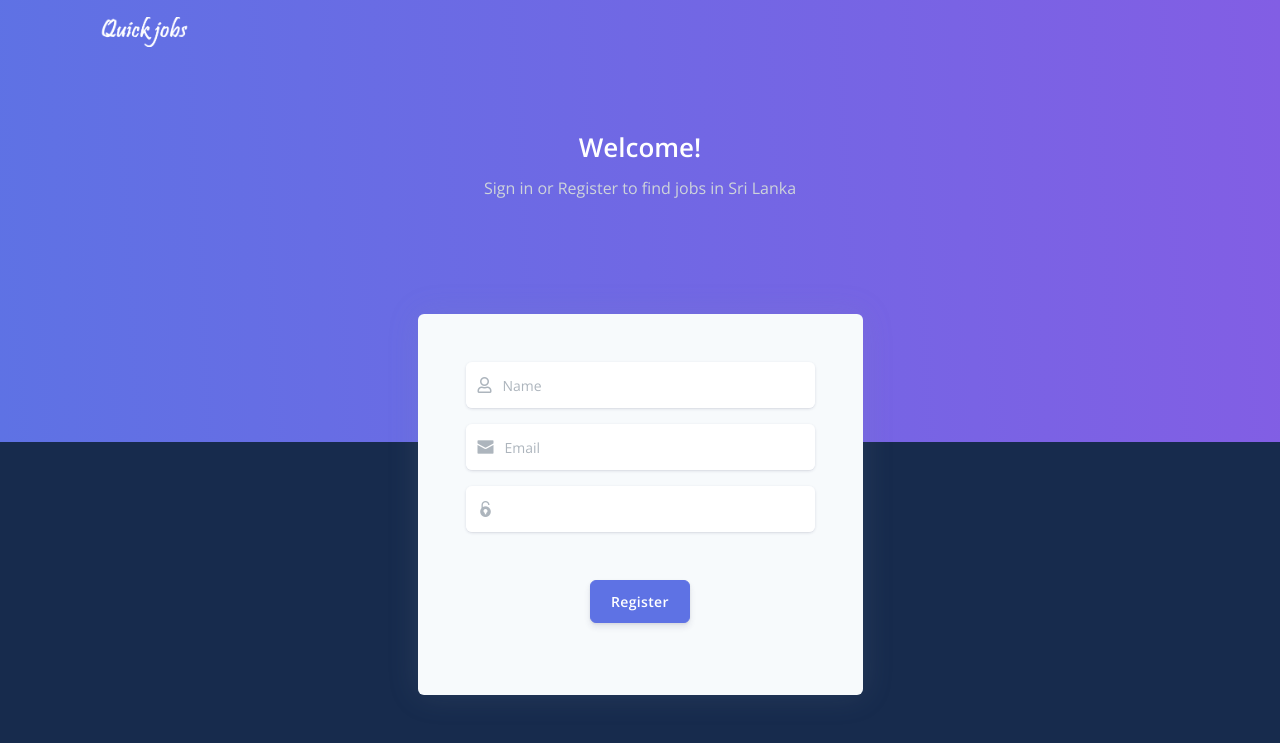
Repository: ROCKY-SAM/laravelAdmin
Page: http://localhost/register
These files come from the project's save history. The page is drawn as it stood at one moment and after the next save; the edit follows.
The browser window is 1280 px wide. The pictures show the whole page.
The page is served by the project's Laravel application, run on PHP 8.4 with Laravel 8. Other server files are loaded and not shown.

Above is the page before, as saved 2018-11-18 23:23:01.

### resources/views/auth/register.blade.php
<!DOCTYPE html>
<html lang="{{ str_replace('_', '-', app()->getLocale()) }}">
<head>
  <meta charset="utf-8">
  <!-- CSRF Token -->
  <meta name="csrf-token" content="{{ csrf_token() }}">
  <meta name="viewport" content="width=device-width, initial-scale=1, shrink-to-fit=no">
  <meta name="description" content="Start your development with a Dashboard for Bootstrap 4.">
  <meta name="author" content="Creative Tim">
  <title>{{ config('app.name', 'Quick Jobs') }}</title>
  <!-- Favicon -->
  <link href="{{URL::asset('img/brand/favicon.png')}}" rel="icon" type="image/png">
  <!-- Fonts -->
  <link href="https://fonts.googleapis.com/css?family=Open+Sans:300,400,600,700" rel="stylesheet">
  <!-- Icons -->
  <link href="{{URL::asset('vendor/nucleo/css/nucleo.css')}}" rel="stylesheet">
  <link href="{{URL::asset('vendor/@fortawesome/fontawesome-free/css/all.min.css')}}" rel="stylesheet">
  <!-- Argon CSS -->
  <link type="text/css" href="{{URL::asset('css/argon.css?v=1.0.0')}}" rel="stylesheet">
</head>

<body class="bg-default">
  <div class="main-content">
    <!-- Navbar -->
    <nav class="navbar navbar-top navbar-horizontal navbar-expand-md navbar-dark">
      <div class="container px-4">
        <a class="navbar-brand" href="../index.html">
          <img src="{{URL::asset('img/brand/white.png')}}" />
        </a>
        <button class="navbar-toggler" type="button" data-toggle="collapse" data-target="#navbar-collapse-main" aria-controls="navbarSupportedContent" aria-expanded="false" aria-label="Toggle navigation">
          <span class="navbar-toggler-icon"></span>
        </button>
        <div class="collapse navbar-collapse" id="navbar-collapse-main">
          <!-- Collapse header -->
          <div class="navbar-collapse-header d-md-none">
            <div class="row">
              <div class="col-6 collapse-brand">
                <a href="../index.html">
                  <img src="{{URL::asset('img/brand/blue.png')}}">
                </a>
              </div>
              <div class="col-6 collapse-close">
                <button type="button" class="navbar-toggler" data-toggle="collapse" data-target="#navbar-collapse-main" aria-controls="sidenav-main" aria-expanded="false" aria-label="Toggle sidenav">
                  <span></span>
                  <span></span>
                </button>
              </div>
            </div>
          </div>
          <!-- Navbar items -->

        </div>
      </div>
    </nav>
    <!-- Header -->
    <div class="header bg-gradient-primary py-7 py-lg-8">
      <div class="container">
        <div class="header-body text-center mb-7">
          <div class="row justify-content-center">
            <div class="col-lg-5 col-md-6">
              <h1 class="text-white">Welcome!</h1>
              <p class="text-lead text-light">Sign in or Register to find jobs in Sri Lanka</p>
            </div>
          </div>
        </div>
      </div>

    </div>
    <!-- Page content -->
    <div class="container mt--8 pb-5">
      <div class="row justify-content-center">
        <div class="col-lg-5 col-md-7">
          <div class="card bg-secondary shadow border-0">

            <div class="card-body px-lg-5 py-lg-5">
              <form role="form" method="POST" action="{{ route('register') }}">
                @csrf
                <div class="form-group mb-3">
                  <div class="input-group input-group-alternative">
                    <div class="input-group-prepend">
                      <span class="input-group-text"><i class="far fa-user"></i></span>
                    </div>
                    <input class="form-control" placeholder="{{ __('Name') }}" type="text" class="form-control{{ $errors->has('name') ? ' is-invalid' : '' }}" name="name" value="{{ old('name') }}" required autofocus>
                  </div>
                    @if ($errors->has('name'))
                            <strong>{{ $errors->first('name') }}</strong>
                    @endif
                </div>

                    <div class="form-group mb-3">
                        <div class="input-group input-group-alternative">
                          <div class="input-group-prepend">
                            <span class="input-group-text"><i class="ni ni-email-83"></i></span>
                          </div>
                          <input class="form-control" placeholder="{{ __('Email') }}" type="email" class="form-control{{ $errors->has('email') ? ' is-invalid' : '' }}" name="email" value="{{ old('email') }}" required>
                        </div>
                          @if ($errors->has('email'))
                                  <strong>{{ $errors->first('email') }}</strong>
                          @endif
                      </div>



                <div class="form-group">
                  <div class="input-group input-group-alternative">
                    <div class="input-group-prepend">
                      <span class="input-group-text"><i class="ni ni-lock-circle-open"></i></span>
                    </div>
                    <input  id="password" type="password" class="form-control{{ $errors->has('password') ? ' is-invalid' : '' }}" name="password" required>
                        @if ($errors->has('password'))
                            <strong>{{ $errors->first('password') }}</strong>
                        @endif
                  </div>
                </div>

                <div class="text-center">
                  <button type="submit" class="btn btn-primary my-4">{{ __('Register') }}</button>
                </div>
              </form>
            </div>
          </div>

        </div>
      </div>
    </div>
  </div>
  <!-- Footer -->

  <!-- Argon Scripts -->
  <!-- Core -->
  <script src="{{URL::asset('vendor/jquery/dist/jquery.min.js')}}"></script>
  <script src="{{URL::asset('vendor/bootstrap/dist/js/bootstrap.bundle.min.js')}}"></script>
  <!-- Argon JS -->
  <script src="{{URL::asset('js/argon.js?v=1.0.0')}}"></script>
</body>

</html>

Loaded but not shown: routes/web.php (common file); app/Http/Controllers/Auth/LoginController.php (common file); app/Http/Controllers/Controller.php (common file); app/Http/Controllers/Auth/RegisterController.php (common file); public/css/argon.css (library); public/js/argon.js (1063 lines, source omitted)

After the next save:
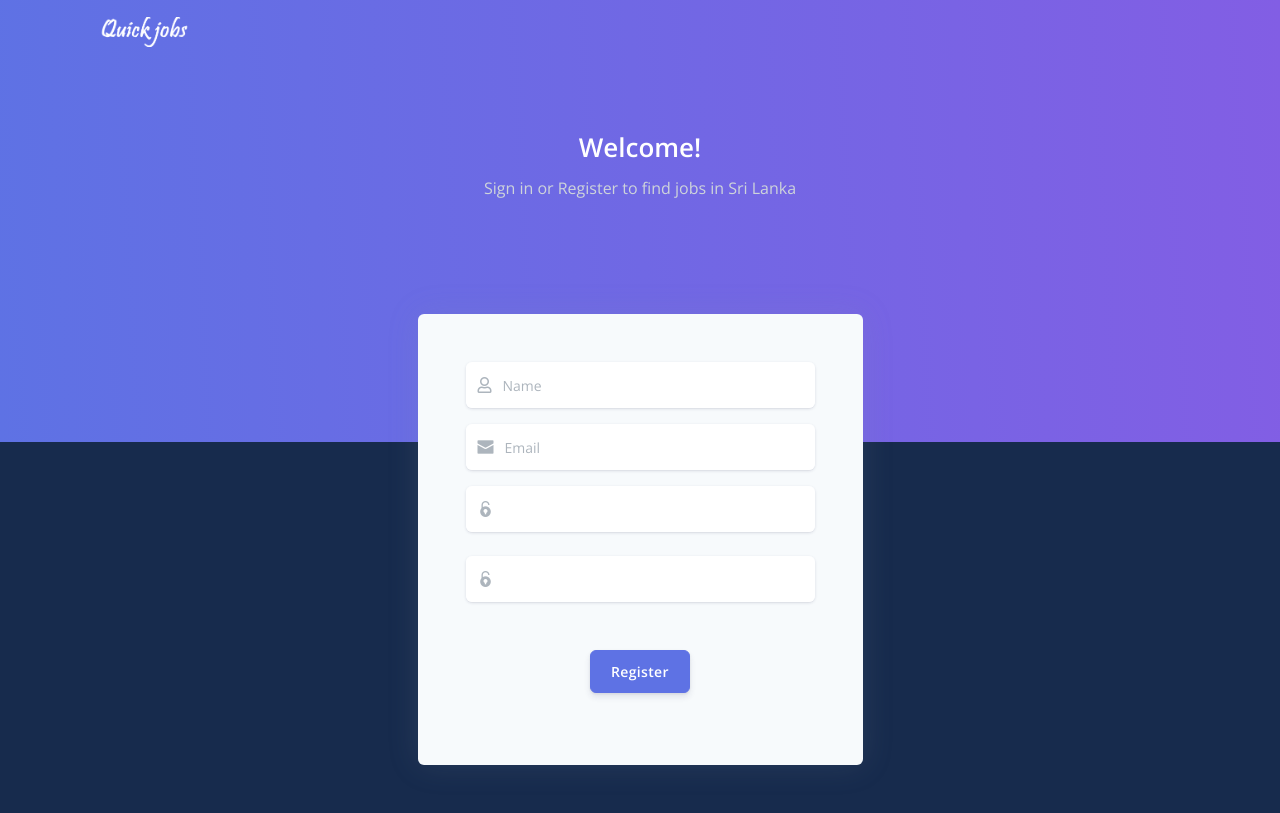
Saved 27 s later.
--- a/resources/views/auth/register.blade.php
+++ b/resources/views/auth/register.blade.php
@@ -113,6 +113,19 @@
                   </div>
                 </div>
 
+                <div class="form-group">
+                        <div class="input-group input-group-alternative">
+                          <div class="input-group-prepend">
+                            <span class="input-group-text"><i class="ni ni-lock-circle-open"></i></span>
+                          </div>
+                          <input  id="password" type="password" class="form-control{{ $errors->has('password') ? ' is-invalid' : '' }}" name="password" required>
+                              @if ($errors->has('password'))
+                                  <strong>{{ $errors->first('password') }}</strong>
+                              @endif
+                        </div>
+                      </div>
+
+
                 <div class="text-center">
                   <button type="submit" class="btn btn-primary my-4">{{ __('Register') }}</button>
                 </div>
